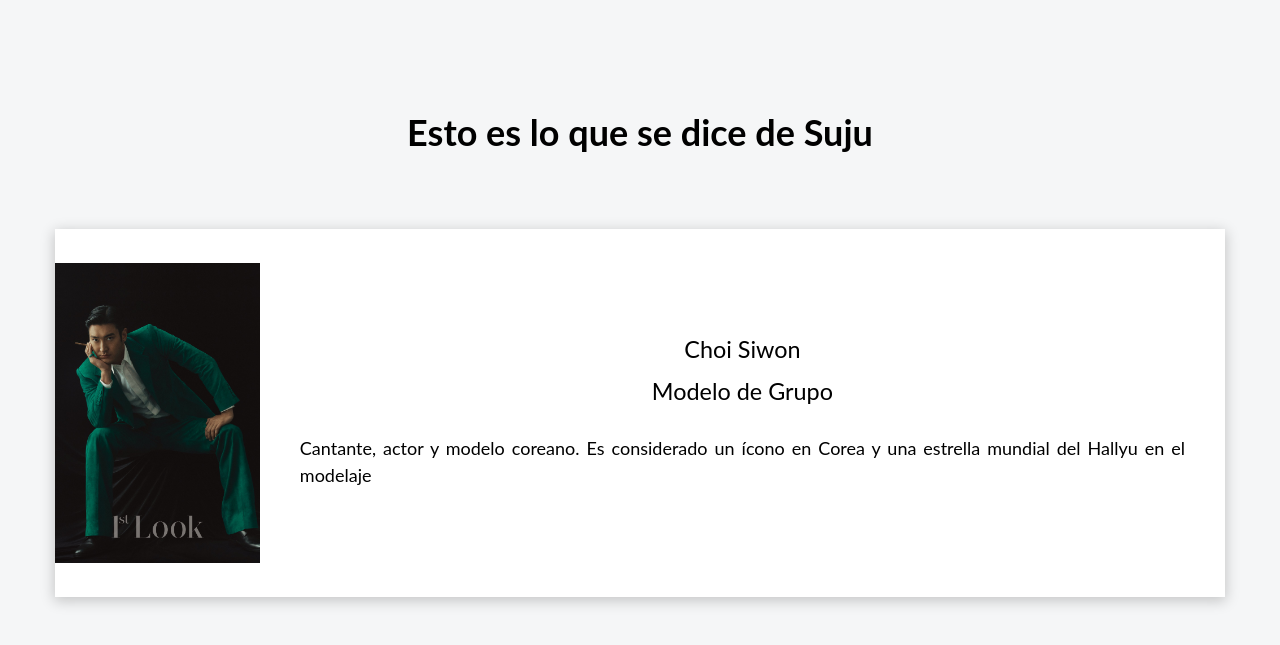
Repository: AleAedo/ReactProyectos1
Page: / (app in testimonios/)
These files come from the project's save history. The page is drawn as it stood at one moment and after the next save; the edit follows.
The browser window is 1280 px wide. The pictures show the whole page.
The project was rebuilt for these pictures with package versions that can differ from the ones it lists, and the page was loaded fresh each time.

Above is the page before, as saved 2022-08-10 13:04:11.

After the next save:
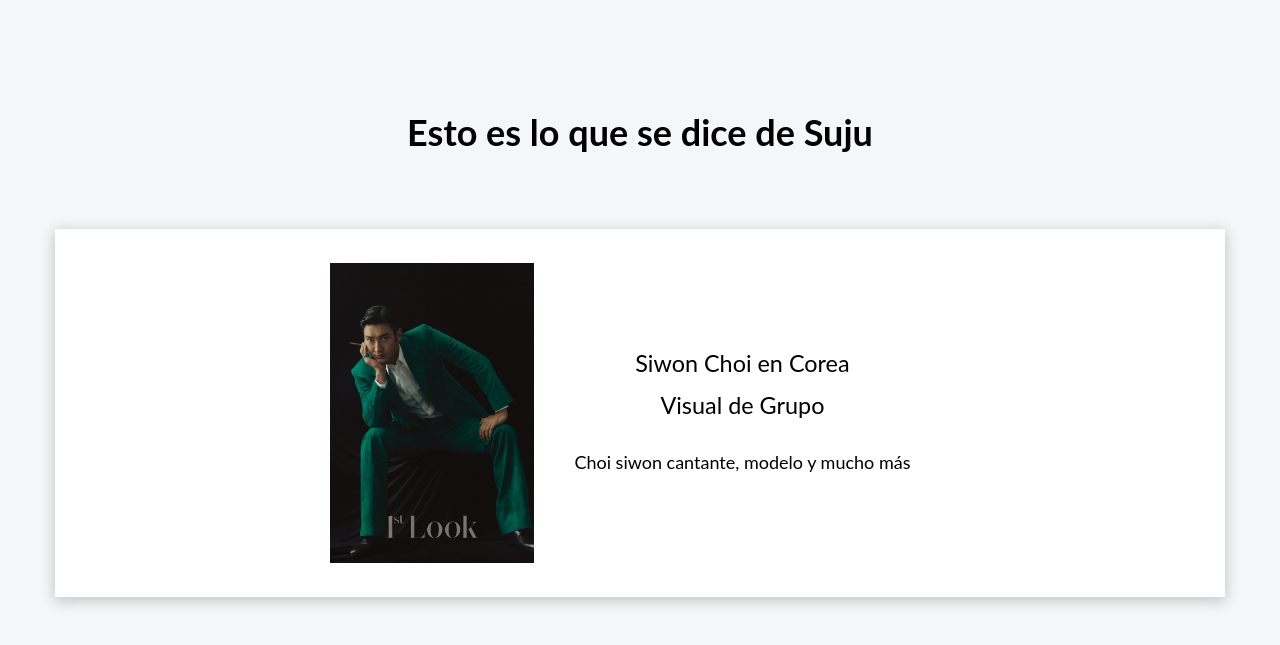
Saved 5 s later.
--- a/testimonios/src/componentes/Testimonio.js
+++ b/testimonios/src/componentes/Testimonio.js
@@ -1,7 +1,7 @@
 import React from "react";
 import '../hojas-de-estilo/Testimonio.css';
 
-function Testimonio() {
+function Testimonio(props) {
     return  (
       <div className='contenedor-testimonio'>
       <img
@@ -9,9 +9,9 @@
       src={require('../imagenes/testimonio-siwon.jpg') }
       alt='Foto de siwon'/>
       <div className='contenedor-texto-testimonio'>
-        <p className='nombre-testimonio'> Choi Siwon</p>
-        <p className='cargo-testimonio'> Modelo de Grupo</p>
-        <p className='texto-testimonio'> Cantante, actor y modelo coreano. Es considerado un ícono en Corea y una estrella mundial del Hallyu en el modelaje   </p>
+        <p className='nombre-testimonio'> {props.nombre} en {props.pais}</p>
+        <p className='cargo-testimonio'> {props.cargo}</p>
+        <p className='texto-testimonio'> {props.testimonio}   </p>
       </div>
       </div>
     );
